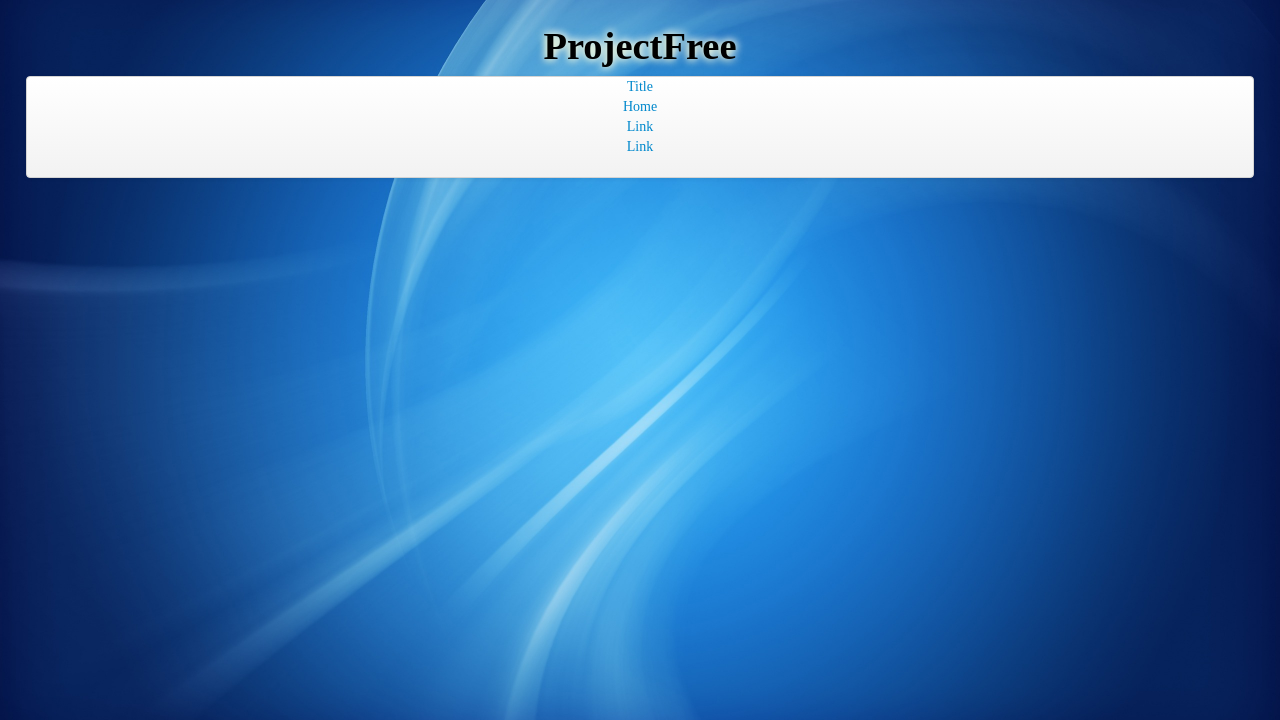
Repository: BrunoRB/ProjetoBanco
Page: http://localhost/templates/header.php
The author's editor kept a copy of each file at every save. The page is drawn from the files as they stood at one save, then again after the next save.
The browser window is 1280 px wide. The pictures show the whole page.
The page is run by PHP 8.4 with error messages shown; the project is at /var/www/html/.

Above is the page before, as saved 2013-06-14 03:31:13.

### codigo/ProjectFree/templates/header.php
<!DOCTYPE HTML>

<html lang="pt-BR">
<head>
<meta charset='utf-8' />
<title>Project Free</title>

<meta name="viewport" content="width=device-width, initial-scale=1.0">
<link rel="stylesheet" type="text/css"
	href="../resources/css/bootstrap.css" />
<link rel="stylesheet" type="text/css"
	href="../resources/css/bootstrap-responsive.css" />
<link rel="stylesheet" type="text/css" href="../resources/css/main.css" />

<script type="text/javascript" src="../resources/js/jquery-2.0.2.js"></script>
<script type="text/javascript" src="../resources/js/bootstrap.js"></script>
</head>
<body>
	<header>
		<div class="pagination-centered">
			<h1 class="text-">ProjectFree</h1>
			<nav navbar navbar-fixed-top navbar-inverse>
				<div class="navbar-inner">
					<a class="brand" href="#">Title</a>
					<ul class="nav">
						<li class="active"><a href="#">Home</a></li>
						<li><a href="#">Link</a></li>
						<li><a href="#">Link</a></li>
					</ul>
				</div>
			</nav>
		</div>
	</header>

### codigo/ProjectFree/resources/css/main.css

body {
    font-family: Times New Roman;
    background: url(../img/blue.jpg) no-repeat center center fixed;
    background-size: cover;
	margin: 2% !important;
}

h1 {
	color: #aaf;
    text-shadow: none;
    -webkit-transition: 500ms linear 0s;
    -moz-transition: 500ms linear 0s;
    -o-transition: 500ms linear 0s;
    transition: 500ms linear 0s;
    outline: 0 none;
    color: black;
    text-shadow: -1px 1px 8px #ffc, 1px -1px 8px #fff;

}

h1:hover, button:hover {
	color: white;
    text-shadow: -1px 1px 8px #ffc, 1px -1px 8px #fff;
}

.verticalCenter {
	margin-top: 10%;
}

footer.footer {
	margin-bottom: 1%;
}

#container {
	font-size: large;
}

Loaded but not shown: codigo/ProjectFree/resources/css/bootstrap.css (library); codigo/ProjectFree/resources/css/bootstrap-responsive.css (library); codigo/ProjectFree/resources/js/jquery-2.0.2.js (library); codigo/ProjectFree/resources/js/bootstrap.js (library)

After the next save:
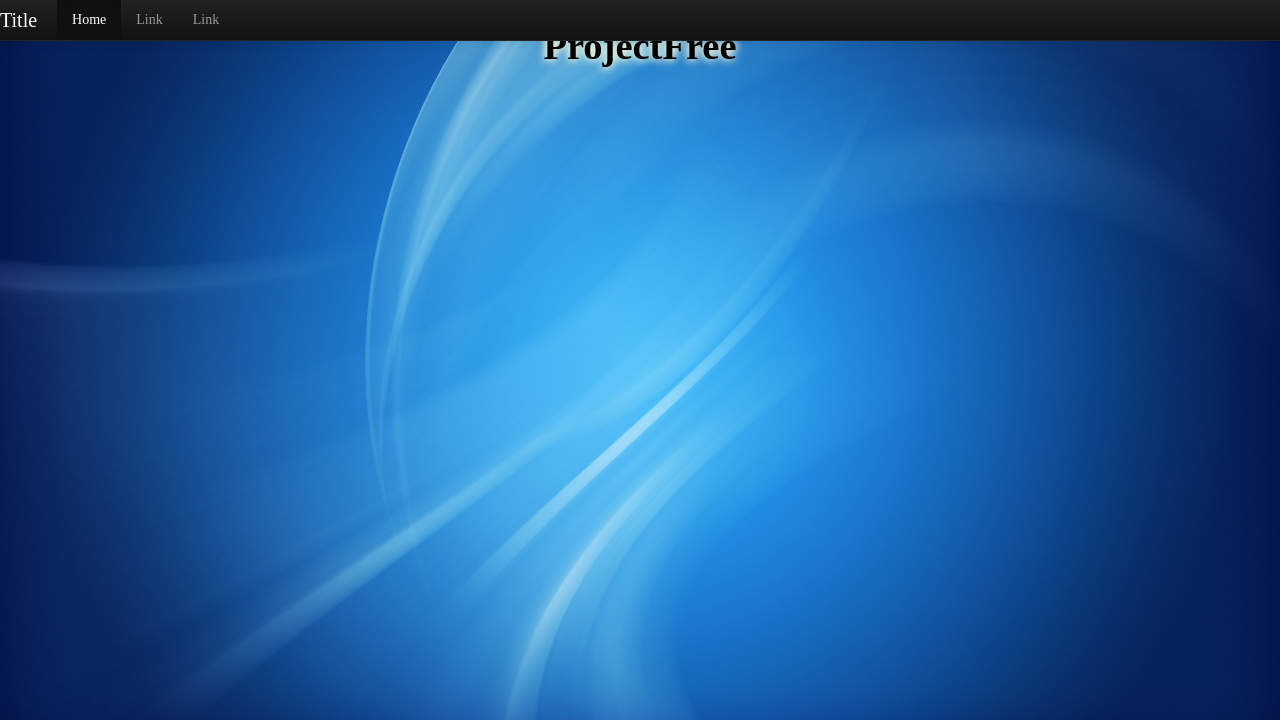
Saved 4 s later.
--- a/codigo/ProjectFree/templates/header.php
+++ b/codigo/ProjectFree/templates/header.php
@@ -19,7 +19,7 @@
 	<header>
 		<div class="pagination-centered">
 			<h1 class="text-">ProjectFree</h1>
-			<nav navbar navbar-fixed-top navbar-inverse>
+			<nav class="navbar navbar-fixed-top navbar-inverse">
 				<div class="navbar-inner">
 					<a class="brand" href="#">Title</a>
 					<ul class="nav">
